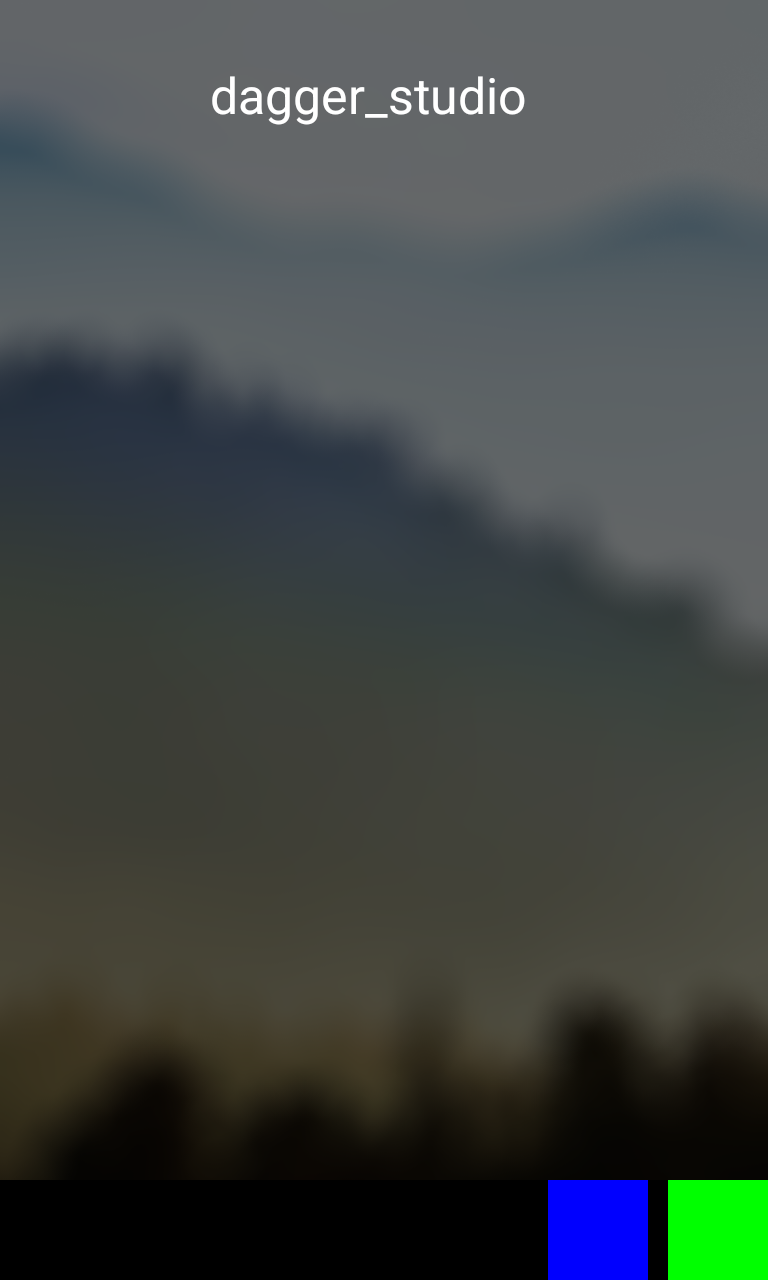
Repository: zhaoguoquan94/Purified
Layout: Android/Purified/res/layout/activity_main_drawer.xml
These files come from the project's save history. The layout is drawn as it stood at one moment and after the next save; the edit follows.
It is drawn on a 768 x 1280 px phone screen (xhdpi) without system bars, with theme android:Theme; the app's code is not run. Lists and similar views that code fills are empty.

Above is the layout before, as saved 2014-07-03 08:51:48.

### Android/Purified/res/layout/activity_main_drawer.xml
<?xml version="1.0" encoding="utf-8"?>
<LinearLayout xmlns:android="http://schemas.android.com/apk/res/android"
    android:layout_width="match_parent"
    android:layout_height="match_parent"
    android:background="@drawable/drawer_back"
    android:orientation="vertical" >

    <LinearLayout
        android:id="@+id/drawer_header"
        android:layout_width="match_parent"
        android:layout_height="95dp"
        android:layout_gravity="center"
        android:orientation="horizontal" >

        <ImageView
            android:id="@+id/avatar_drawer"
            android:layout_width="75dp"
            android:layout_height="75dp"
            android:layout_margin="10dp"
            />

        <TextView
            android:id="@+id/username_drawer"
            android:layout_width="wrap_content"
            android:layout_height="wrap_content"
            android:layout_gravity="center"
            android:layout_marginLeft="10dp"
            android:text="dagger_studio"
            android:textColor="#FFFFFF"
            android:textSize="25sp" />
    </LinearLayout>


    <ListView
        android:id="@+id/listview_drawer"
        android:layout_width="match_parent"
        android:layout_height="match_parent"
        android:layout_weight="0.44"
        >
    </ListView>
    <!-- 中部滚动目录 -->

    <RelativeLayout
        android:layout_width="match_parent"
        android:layout_height="50dp"
        android:background="#000000"
        android:id="@+id/bottomBar_drawer"
		>

        <Button
            android:id="@+id/settingButton_drawer"
            android:layout_width="50dp"
            android:layout_height="50dp"
            android:layout_gravity="left"
            android:background="@drawable/" />

        <Button
            android:id="@+id/refreshButton_drawer"
            android:layout_width="50dp"
            android:layout_height="50dp"
			android:layout_alignParentTop="true"
            android:layout_toLeftOf="@+id/searchButton_drawer"
            android:layout_marginRight="10dp"
            android:background="#0000FF" />

        <Button
            android:id="@+id/searchButton_drawer"
            android:layout_width="50dp"
            android:layout_height="50dp"
			android:layout_alignParentRight="true"
            android:layout_alignParentTop="true"
            android:background="#00FF00" />

    </RelativeLayout>
    <!-- 底部控制元件横栏 -->

</LinearLayout>

After the next save:
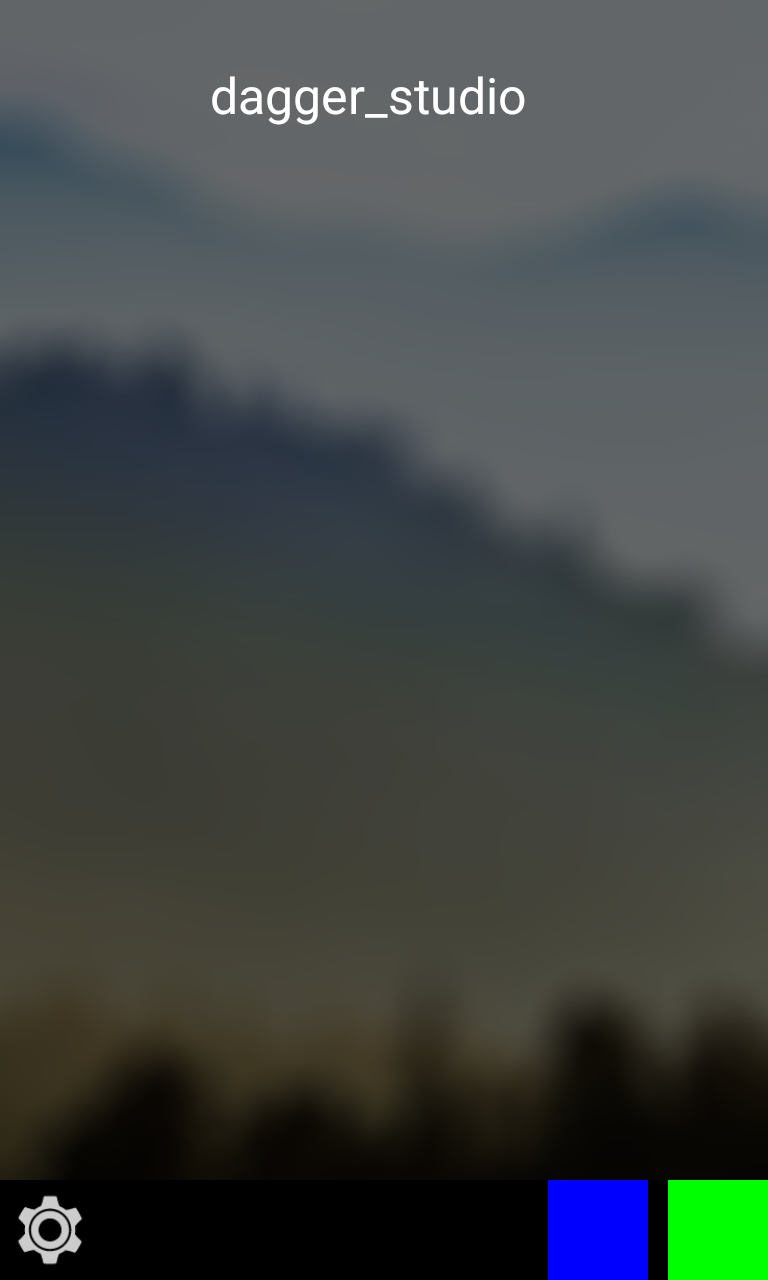
Saved 24 s later.
--- a/Android/Purified/res/layout/activity_main_drawer.xml
+++ b/Android/Purified/res/layout/activity_main_drawer.xml
@@ -52,7 +52,7 @@
             android:layout_width="50dp"
             android:layout_height="50dp"
             android:layout_gravity="left"
-            android:background="@drawable/" />
+            android:background="@drawable/ic_action_settings" />
 
         <Button
             android:id="@+id/refreshButton_drawer"
